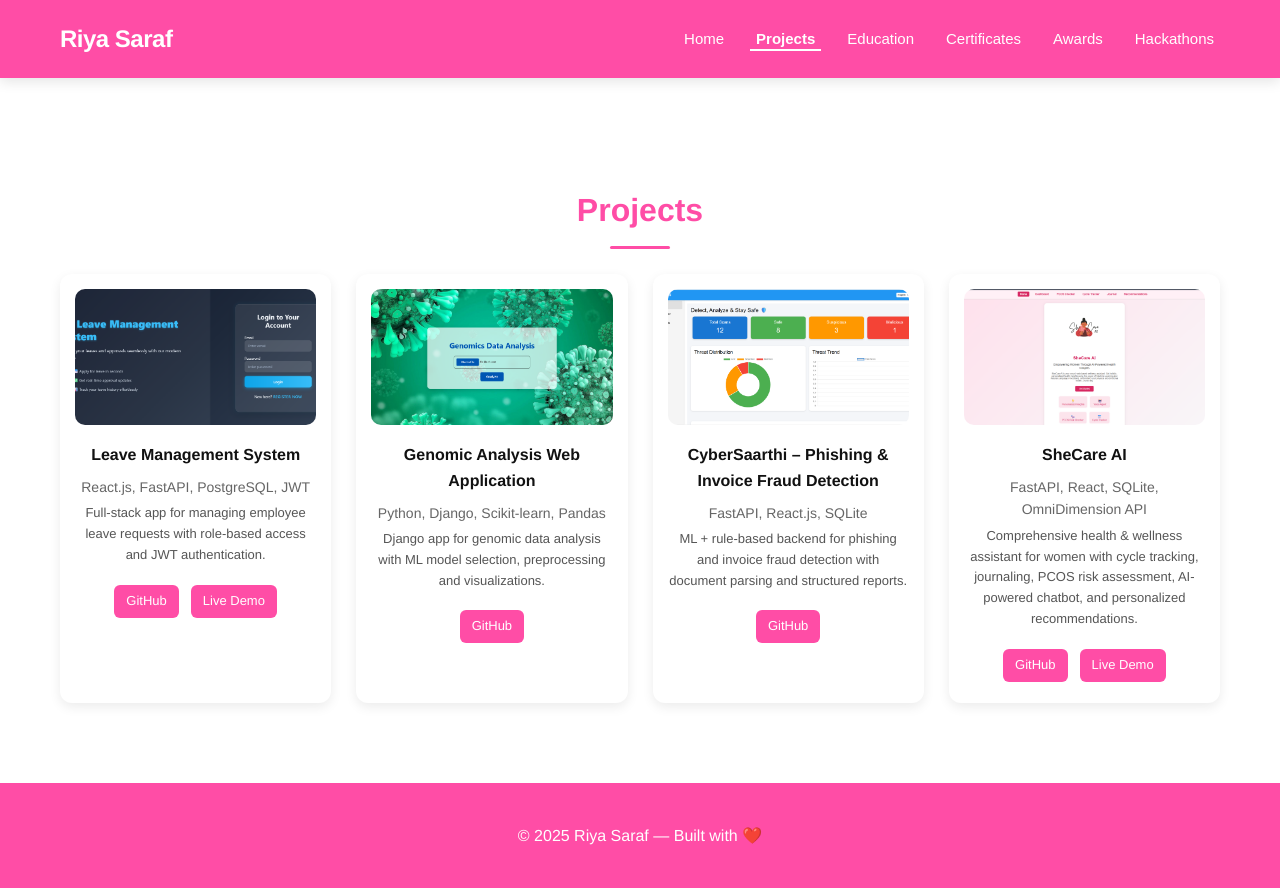
Repository: riyaaaa19/riya-portfolio
Page: /, after clicking the first element matching `nav > :nth-child(2)`
The author's editor kept a copy of each file at every save. The page is drawn from the files as they stood at one save, then again after the next save.
The browser window is 1280 px wide. The pictures show the whole page.
The project was rebuilt for these pictures with package versions that can differ from the ones it lists, and the page was loaded fresh each time.

Above is the page before, as saved 2025-09-14 14:04:04.

### src/App.js
import React, { useState } from "react";
import { Mail, Github, Linkedin } from "lucide-react";
import TimelineCard from "./components/TimelineCard"; // adjust path if needed
import "./styles.css";

export default function RiyaSarafPortfolio() {
  const [activePage, setActivePage] = useState("home");

  const projects = [
    {
      title: "Leave Management System",
      tech: "React.js, FastAPI, PostgreSQL, JWT",
      desc: "Full-stack app for managing employee leave requests with role-based access and JWT authentication.",
      github: "https://github.com/riyaaaa19/leave-management-system",
      live: "https://leave-management-system-cltb.onrender.com/",
      img: "/images/leave.png",
    },
    {
      title: "Genomic Analysis Web Application",
      tech: "Python, Django, Scikit-learn, Pandas",
      desc: "Django app for genomic data analysis with ML model selection, preprocessing and visualizations.",
      github: "https://github.com/riyaaaa19/genomic-analysis-django",
      img: "/images/genomics.png",
    },
    {
      title: "CyberSaarthi – Phishing & Invoice Fraud Detection",
      tech: "FastAPI, React.js, SQLite",
      desc: "ML + rule-based backend for phishing and invoice fraud detection with document parsing and structured reports.",
      github: "https://github.com/riyaaaa19/CyberSaarthi",
      img: "/images/cyber.png",
    },
    {
      title: "SheCare AI",
      tech: "FastAPI, React, SQLite, OmniDimension API",
      desc: "Comprehensive health & wellness assistant for women with cycle tracking, journaling, PCOS risk assessment, AI-powered chatbot, and personalized recommendations.",
      github: "https://github.com/sonamnimje/SheCare-AI",
      live: "https://shecare-ai-1-5jqe.onrender.com/",
      img: "/images/shecare.png",
    }
  ];

  const education = [
    {
      school: "BADERIA GLOBAL INSTITUTE OF ENGINEERING AND MANAGEMENT",
      degree: "B.Tech CSE (Data Science)",
      year: "2022 – 2026",
      score: "CGPA: 8.28",
      img: "/images/graduation.png",
    },
    {
      school: "Nachiketa Higher Secondary School, Jabalpur",
      degree: "Class 12th • PCM • State Board",
      year: "2022",
      score: "Percentage: 73.4%",
      img: "/images/school.png",
    },
    {
      school: "Nachiketa Higher Secondary School, Jabalpur",
      degree: "Class 10th • State Board",
      year: "2020",
      score: "Percentage: 92%",
      img: "/images/school.png",
    },
  ];

  const certificates = [
    { title: "PCAP: Programming Essentials in Python", img: "/images/certificate1.jpg" },
    { title: "Introduction to Data Science — Cisco", img: "/images/certificate2.jpg" },
    { title: "Accenture Data Analytics Simulation", img: "/images/certificate3.jpg" },
    { title: "Global Entrepreneur Summit — IIT Kharagpur", img: "/images/certificate4.jpg" },
    { title: "Artificial Intelligence Fundamentals — IBM SkillsBuild", img: "/images/certificate5.jpg" },
    { title: "Cybersecurity Essentials — Cisco", img: "/images/certificate6.jpg" },
    { title: "Data Analytics — IBM Cognos", img: "/images/certificate7.jpg" },
  ];

  const awards = [
    { title: "Branch Topper — 2023, 2024, 2025", img: "/images/award1.jpg" },
    { title: "Best Girls Team Award — Hack SRIT 2025", img: "/images/award2.jpg" },
    { title: "1st Runner-Up — Ecopreneur Hackathon", img: "/images/award3.jpg" },
    { title: "3rd Position — Slide The Change at IEEE SHE ASPIRE 2.0", img: "/images/award4.jpg" },
  ];

  const hackathons = [
    {
      title: "Ecopreneur Hackathon",
      desc: "Hosted by Baderia Global Institute of Engineering and Management",
      img: "/images/hackathon1.jpg",
    },
    {
      title: "36-hour HackSRIT Hackathon",
      desc: "Hosted by Shri Ram Institute of technology",
      img: "/images/hackathon2.jpg",
    },
    {
      title: "Operation Eclipse – Stealth Spacecraft Design & Architecture",
      desc: "Competition at IIITDM Jabalpur",
      img: "/images/hackathon3.jpg",
    },
    {
      title: "Global Entrepreneurship Summit 2025",
      desc: "IIT Kharagpur",
      img: "/images/hackathon4.jpg",
    },
    {
      title: "All India Women only Hackathon 2023",
      desc: "Hosted by Shooting stars foundation",
      img: "/images/hackathon5.jpg",
    },
  ];

  return (
    <div>
      <header>
        <h1>Riya Saraf</h1>
        <nav>
          {["home", "projects", "education", "certificates", "awards", "hackathons"].map((page) => (
            <button
              key={page}
              onClick={() => setActivePage(page)}
              className={activePage === page ? "active" : ""}
            >
              {page.charAt(0).toUpperCase() + page.slice(1)}
            </button>
          ))}
        </nav>
      </header>

      {activePage === "home" && (
        <section className="hero">
          <div className="particle-bg">
            <span></span><span></span><span></span><span></span><span></span>
          </div>
          <div className="hero-text">
            <h2>
              Hi There, I'm <span className="highlight">Riya Saraf</span>
            </h2>
            <h3>
              I Am Into{" "}
              <span className="typing-container">
                <span className="typing">Web Development | Data Science | AI/ML</span>
              </span>
            </h3>
            <p>
              Motivated Computer Science undergraduate skilled in Python,
              full-stack development, and ML/AI. Passionate about building
              impactful solutions and contributing to open-source projects.
            </p>
            <div style={{ marginTop: "20px" }}>
              <button className="cta" onClick={() => setActivePage("projects")}>
                View Projects
              </button>
              <a
              href="https://mail.google.com/mail/?view=cm&fs=1&to=riyasaraf19@gmail.com"
              target="_blank"
              rel="noopener noreferrer"
              className="cta"
              style={{ display: "inline-block", textDecoration: "none" }}
              >
                Contact Me
              </a>
            </div>

            <div className="social-icons">
              <a href="https://linkedin.com/in/riya-saraf-9223a9257" target="_blank" rel="noreferrer">
                <Linkedin size={18} />
              </a>
              <a href="https://github.com/riyaaaa19" target="_blank" rel="noreferrer">
                <Github size={18} />
              </a>
              <a href="mailto:riyasaraf19@gmail.com">
                <Mail size={18} />
              </a>
              <a href="https://leetcode.com/u/riyaaa19/" target="_blank" rel="noreferrer">LC</a>
              <a href="https://www.hackerrank.com/profile/riyasaraf19" target="_blank" rel="noreferrer">HR</a>
            </div>
          </div>
          <div className="hero-img">
            <div className="avatar-circle">
              <img src="/images/riya-photo.png" alt="Riya Saraf" />
            </div>
          </div>
        </section>
      )}

      {activePage === "projects" && (
        <section>
          <h2>Projects</h2>
          <div className="grid">
            {projects.map((p, i) => (
              <TimelineCard
                key={i}
                title={p.title}
                subtitle={p.tech}
                img={p.img}
                score={<span style={{ color: "#555" }}>{p.desc}</span>}
                github={p.github}
                live={p.live}
                type="project"
              />
            ))}
          </div>
        </section>
      )}

      {activePage === "education" && (
        <section>
          <h2>Education</h2>
          <div className="timeline">
            {education.map((e, i) => (
              <TimelineCard
                key={i}
                title={e.school}
                subtitle={e.degree}
                year={e.year}
                score={e.score}
                img={e.img}
                type="education"
              />
            ))}
          </div>
        </section>
      )}

      {activePage === "certificates" && (
        <section>
          <h2>Certificates</h2>
          <div className="grid">
            {certificates.map((c, i) => (
              <TimelineCard key={i} title={c.title} img={c.img} type="certificate" />
            ))}
          </div>
        </section>
      )}

      {activePage === "awards" && (
        <section>
          <h2>Awards</h2>
          <div className="grid">
            {awards.map((a, i) => (
              <TimelineCard key={i} title={a.title} img={a.img} type="award" />
            ))}
          </div>
        </section>
      )}

      {activePage === "hackathons" && (
        <section>
          <h2>Hackathons & Conferences</h2>
          <div className="grid">
            {hackathons.map((h, i) => (
              <TimelineCard
                key={i}
                title={h.title}
                subtitle={h.desc}
                img={h.img}
                type="certificate"
              />
            ))}
          </div>
        </section>
      )}

      <footer>© {new Date().getFullYear()} Riya Saraf — Built with ❤️</footer>
    </div>
  );
}

### src/styles.css
/* ===== General Styling ===== */
body {
    margin: 0;
    font-family: 'Helvetica Neue', Arial, sans-serif;
    background: linear-gradient(135deg, #fdfbfb 0%, #ebedee 100%);
    color: #111;
    line-height: 1.6;
    scroll-behavior: smooth;
}

/* ===== Header ===== */
header {
    position: sticky;
    top: 0;
    background: #ff4da6;
    padding: 20px 60px;
    display: flex;
    justify-content: space-between;
    align-items: center;
    z-index: 100;
    box-shadow: 0 4px 12px rgba(0, 0, 0, 0.1);
    animation: slideDown 0.8s ease-in-out;
}

header h1 {
    margin: 0;
    font-size: 24px;
    font-weight: 700;
    color: #fff;
    letter-spacing: -0.5px;
    transition: transform 0.3s ease;
}

header h1:hover {
    transform: scale(1.08);
}

nav button {
    background: none;
    border: none;
    margin-left: 20px;
    font-size: 15px;
    color: #fff;
    cursor: pointer;
    transition: color 0.3s, border-bottom 0.3s, transform 0.3s;
}

nav button.active {
    font-weight: 600;
    border-bottom: 2px solid #fff;
    padding-bottom: 2px;
}

nav button:hover {
    color: #ffe3f0;
    transform: translateY(-2px);
}

/* ===== Sections ===== */
section {
    padding: 80px 60px;
    background: white;
    animation: fadeIn 1s ease-in;
}

section h2 {
    font-size: 32px;
    font-weight: 700;
    margin-bottom: 25px;
    color: #ff4da6;
    text-align: center;
    position: relative;
}

section h2::after {
    content: "";
    width: 60px;
    height: 3px;
    background: #ff4da6;
    display: block;
    margin: 10px auto 0;
    border-radius: 2px;
    animation: expand 0.8s ease-in-out;
}

/* ===== Hero Section ===== */
.hero {
    display: flex;
    flex-wrap: wrap;
    justify-content: space-between;
    align-items: center;
    gap: 50px;
    padding: 100px 60px;
    min-height: 80vh;
    position: relative;
    overflow: hidden;
}

.hero-text {
    flex: 1;
    max-width: 600px;
    display: flex;
    flex-direction: column;
    gap: 12px;
}

.hero-text h2 {
    font-size: 52px;
    font-weight: 800;
    margin: 0;
    line-height: 1.2;
    color: #ff4da6;
}

.hero-text .highlight {
    background: linear-gradient(45deg, #ff4da6, #ff7eb9);
    -webkit-background-clip: text;
    -moz-background-clip: text;
    background-clip: text;
    -webkit-text-fill-color: transparent;
    color: transparent;
}

.hero-text h3 {
    font-size: 22px;
    font-weight: 600;
    margin: 0;
    color: #111;
}

.hero-text p {
    max-width: 520px;
    font-size: 16px;
    color: #333;
    line-height: 1.6;
}

/* ===== Typing Effect Fix ===== */
.typing-container {
    display: inline-block;
    min-width: 300px;
    white-space: nowrap;
}

.typing {
    display: inline-block;
    border-right: 2px solid #ff4da6;
    overflow: hidden;
    vertical-align: middle;
    animation: typing 2.5s steps(30, end) forwards, blink-caret 0.75s step-end infinite;
}

@keyframes typing {
    from { width: 0; }
    to { width: 100%; }
}

@keyframes blink-caret {
    0%, 100% { border-color: transparent; }
    50% { border-color: #ff4da6; }
}

/* ===== Avatar ===== */
.hero-img {
    flex: 1;
    display: flex;
    justify-content: center;
    align-items: center;
}

.avatar-circle {
    width: 380px;
    height: 380px;
    border-radius: 50%;
    background: #ffe066;
    display: flex;
    justify-content: center;
    align-items: center;
    box-shadow: 0 8px 25px rgba(0,0,0,0.15);
    overflow: hidden;
    transition: transform 0.4s ease, box-shadow 0.4s ease;
}

.avatar-circle img {
    width: 95%;
    height: auto;
    border-radius: 50%;
    object-fit: cover;
}

.avatar-circle:hover {
    transform: scale(1.05);
    box-shadow: 0 10px 30px rgba(255, 77, 166, 0.3);
}

/* ===== Buttons ===== */
button.cta,
button.outline {
    margin-right: 12px;
    padding: 10px 22px;
    font-size: 15px;
    font-weight: 600;
    border-radius: 8px;
    border: 2px solid transparent;
    cursor: pointer;
    transition: all 0.25s ease;
}

button.cta {
    background: #ff4da6;
    color: white;
}

button.cta:hover {
    background: #e04494;
}

button.outline {
    background: transparent;
    color: #ff4da6;
    border: 2px solid #ff4da6;
}

button.outline:hover {
    background: #ff4da6;
    color: white;
}
/* Make <a class="cta"> look like button */
a.cta {
    display: inline-block;
    margin-right: 12px;
    padding: 10px 22px;
    font-size: 15px;
    font-weight: 600;
    border-radius: 8px;
    border: 2px solid transparent;
    cursor: pointer;
    transition: all 0.25s ease;
    background: #ff4da6;
    color: white;
    text-decoration: none;
    text-align: center;
}

a.cta:hover {
    background: #e04494;
}


/* ===== Social Icons ===== */
.social-icons {
    display: flex;
    gap: 18px;
    margin-top: 18px;
}

.social-icons a {
    color: #ff4da6;
    transition: color 0.25s;
    font-weight: bold;
    font-size: 15px;
    text-decoration: none;
}

.social-icons a:hover {
    color: #e04494;
}

/* ===== Footer ===== */
footer {
    padding: 40px;
    text-align: center;
    background: #ff4da6;
    color: white;
    font-weight: 500;
}

/* ===== Grid for Projects, Certificates, Awards ===== */
.grid {
    display: grid;
    gap: 25px;
    grid-template-columns: repeat(auto-fit, minmax(260px, 1fr));
}

/* ===== Timeline for Education ===== */
.timeline {
    position: relative;
    margin-left: 20px;
    padding-left: 40px;
    border-left: 3px solid #ff4da6;
}

.timeline-card {
    position: relative;
    margin-bottom: 40px;
    padding: 20px 20px 20px 40px;
    background: #fff;
    border-radius: 12px;
    box-shadow: 0 4px 12px rgba(0,0,0,0.08);
    transition: transform 0.3s, box-shadow 0.3s;
}

.timeline-card:hover {
    transform: scale(1.03);
    box-shadow: 0 6px 18px rgba(0,0,0,0.15);
}

.timeline-card span {
    position: absolute;
    left: -28px;
    top: 20px;
    width: 20px;
    height: 20px;
    border-radius: 50%;
    background: #ff4da6;
    color: #fff;
    display: flex;
    justify-content: center;
    align-items: center;
    font-size: 14px;
}

/* ===== Animations ===== */
@keyframes fadeIn {
    0% { opacity: 0; transform: translateY(20px); }
    100% { opacity: 1; transform: translateY(0); }
}

@keyframes slideDown {
    0% { transform: translateY(-100%); }
    100% { transform: translateY(0); }
}

@keyframes expand {
    0% { width: 0; }
    100% { width: 60px; }
}

/* ===== Responsive ===== */
@media (max-width: 900px) {
    .hero {
        flex-direction: column;
        text-align: center;
    }
    .hero-img {
        margin-top: 30px;
    }
}
/* ===== Timeline Styling for Education (Right-side Images) ===== */
.timeline {
    position: relative;
    padding-right: 60px; /* space for images on the right */
    margin-left: 20px;
    border-left: 3px solid #ff4da6;
}

.timeline .timeline-card {
    position: relative;
    margin-bottom: 30px;
    padding: 15px 20px;
    background: #fff;
    border-radius: 12px;
    box-shadow: 0 4px 12px rgba(0,0,0,0.08);
    transition: transform 0.2s;
}

.timeline .timeline-card:hover {
    transform: scale(1.03);
}

.timeline .timeline-card img {
    width: 50px;
    height: 50px;
    object-fit: cover;
    border-radius: 50%;
    position: absolute;
    right: -65px; /* move image to the right of the card */
    top: 15px;
    box-shadow: 0 3px 10px rgba(0,0,0,0.15);
}

.timeline .timeline-card h4 {
    margin: 0 0 6px 0;
    font-size: 16px;
    font-weight: 600;
}

.timeline .timeline-card p {
    margin: 2px 0;
    font-size: 14px;
    color: #555;
}

### src/components/TimelineCard.js
import React from "react";

export default function TimelineCard({
  icon, title, subtitle, year, score, img, type, github, live
}) {
  let imageStyle = {};
  let containerStyle = {};
  let contentStyle = {};

  if (type === "project") {
    imageStyle = {
      width: "100%",
      aspectRatio: "16/9",
      objectFit: "cover",
      borderRadius: "10px",
      marginBottom: "10px",
    };
  } else if (type === "certificate" || type === "award") {
    imageStyle = {
      width: "100%",
      aspectRatio: "4/3",
      objectFit: "contain",
      background: "#f8f8f8",
      borderRadius: "10px",
      marginBottom: "10px",
      padding: "6px",
    };
  } else if (type === "education") {
    containerStyle = {
      borderLeft: "3px solid #ff4da6",
      padding: "15px 20px",
      marginBottom: "20px",
      background: "#fff",
      borderRadius: "10px",
      position: "relative",
      display: "flex",
      justifyContent: "space-between",
      alignItems: "center",
      gap: "20px", // space between content and image
    };

    contentStyle = {
      flex: 1,
    };

    imageStyle = {
      width: "120px",   // bigger image
      height: "120px",  // bigger image
      objectFit: "cover",
      borderRadius: "50%",
      flexShrink: 0,
    };
  }

  const baseStyle =
    type === "certificate" || type === "award" || type === "project"
      ? {
          background: "#fff",
          padding: "15px",
          borderRadius: "12px",
          boxShadow: "0 4px 12px rgba(0,0,0,0.08)",
          textAlign: "center",
          transition: "transform 0.2s",
        }
      : containerStyle;

  const buttonStyle = {
    display: "inline-block",
    margin: "6px",
    padding: "6px 12px",
    fontSize: "13px",
    borderRadius: "6px",
    border: "none",
    cursor: "pointer",
    background: "#ff4da6",
    color: "#fff",
    textDecoration: "none",
    transition: "background 0.2s",
  };

  const hoverStyle = { background: "#e04494" };

  return (
    <div
      style={baseStyle}
      onMouseOver={(e) => (e.currentTarget.style.transform = "scale(1.03)")}
      onMouseOut={(e) => (e.currentTarget.style.transform = "scale(1)")}
    >
      {type === "education" ? (
        <>
          <div style={contentStyle}>
            <h4 style={{ margin: "0 0 8px 0", fontSize: "16px", fontWeight: "600" }}>{title}</h4>
            {subtitle && <p style={{ margin: "0 0 4px 0", color: "#666", fontSize: "14px" }}>{subtitle}</p>}
            {year && <p style={{ margin: "0 0 4px 0", fontSize: "13px", color: "#999" }}>{year}</p>}
            {score && <p style={{ margin: "0", fontSize: "13px", color: "#444" }}>{score}</p>}
          </div>
          {img && <img src={img} alt={title} style={imageStyle} />}
          <span
            style={{
              position: "absolute",
              left: "-9px",
              top: "25px",
              width: "14px",
              height: "14px",
              borderRadius: "50%",
              background: "#ff4da6",
            }}
          >
            {icon}
          </span>
        </>
      ) : (
        <>
          {img && <img src={img} alt={title} style={imageStyle} />}
          <h4 style={{ margin: "0 0 8px 0", fontSize: "16px", fontWeight: "600" }}>{title}</h4>
          {subtitle && <p style={{ margin: 0, color: "#666", fontSize: "14px" }}>{subtitle}</p>}
          {year && <p style={{ margin: "4px 0", fontSize: "13px", color: "#999" }}>{year}</p>}
          {score && <p style={{ marginTop: "5px", fontSize: "13px", color: "#444" }}>{score}</p>}

          {type === "project" && (
            <div style={{ marginTop: "10px" }}>
              {github && (
                <a
                  href={github}
                  target="_blank"
                  rel="noopener noreferrer"
                  style={buttonStyle}
                  onMouseOver={(e) => (e.currentTarget.style.background = hoverStyle.background)}
                  onMouseOut={(e) => (e.currentTarget.style.background = buttonStyle.background)}
                >
                  GitHub
                </a>
              )}
              {live && (
                <a
                  href={live}
                  target="_blank"
                  rel="noopener noreferrer"
                  style={buttonStyle}
                  onMouseOver={(e) => (e.currentTarget.style.background = hoverStyle.background)}
                  onMouseOut={(e) => (e.currentTarget.style.background = buttonStyle.background)}
                >
                  Live Demo
                </a>
              )}
            </div>
          )}
        </>
      )}
    </div>
  );
}

Loaded but not shown: public/index.html (common file); src/index.js (common file)

After the next save:
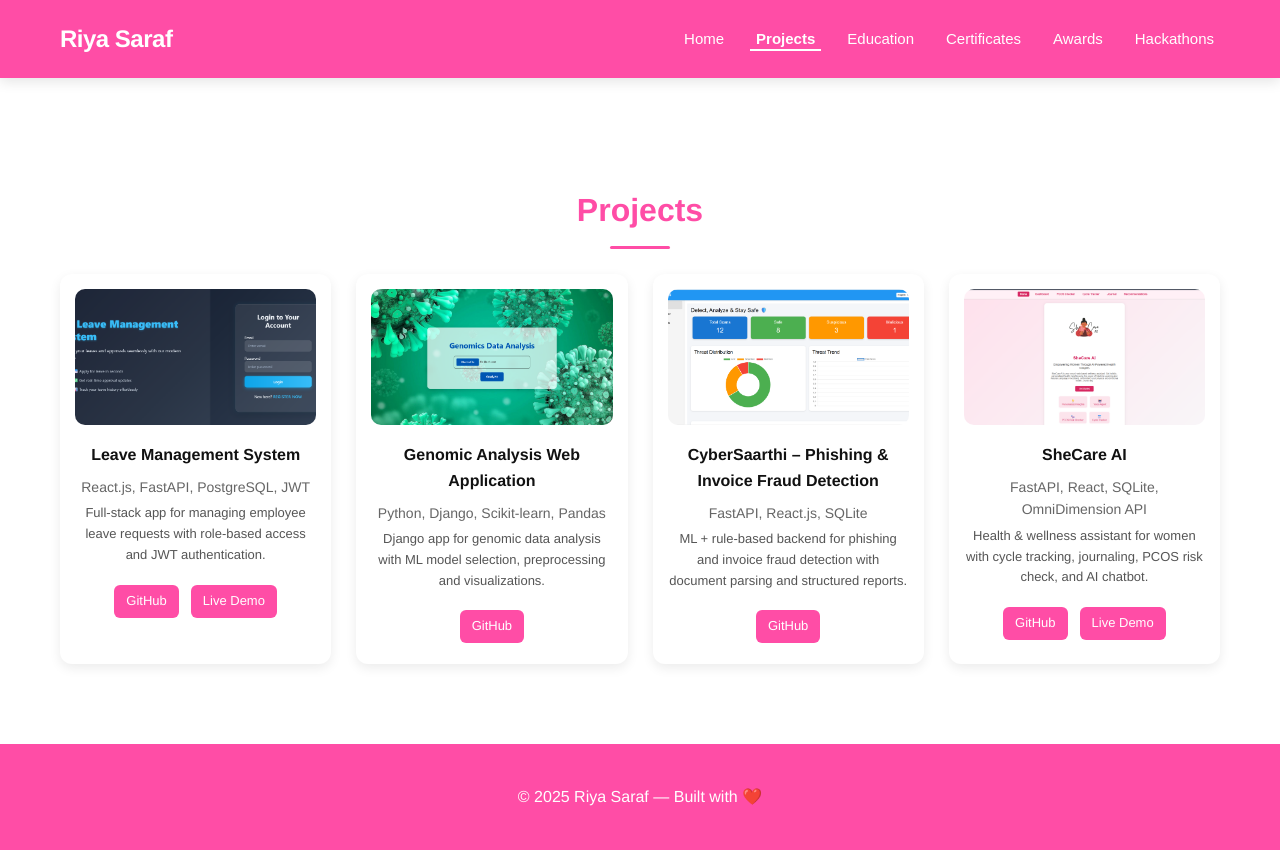
Saved 2 min 27 s later.
--- a/src/App.js
+++ b/src/App.js
@@ -32,7 +32,7 @@ export default function RiyaSarafPortfolio() {
     {
       title: "SheCare AI",
       tech: "FastAPI, React, SQLite, OmniDimension API",
-      desc: "Comprehensive health & wellness assistant for women with cycle tracking, journaling, PCOS risk assessment, AI-powered chatbot, and personalized recommendations.",
+      desc: "Health & wellness assistant for women with cycle tracking, journaling, PCOS risk check, and AI chatbot.",
       github: "https://github.com/sonamnimje/SheCare-AI",
       live: "https://shecare-ai-1-5jqe.onrender.com/",
       img: "/images/shecare.png",
